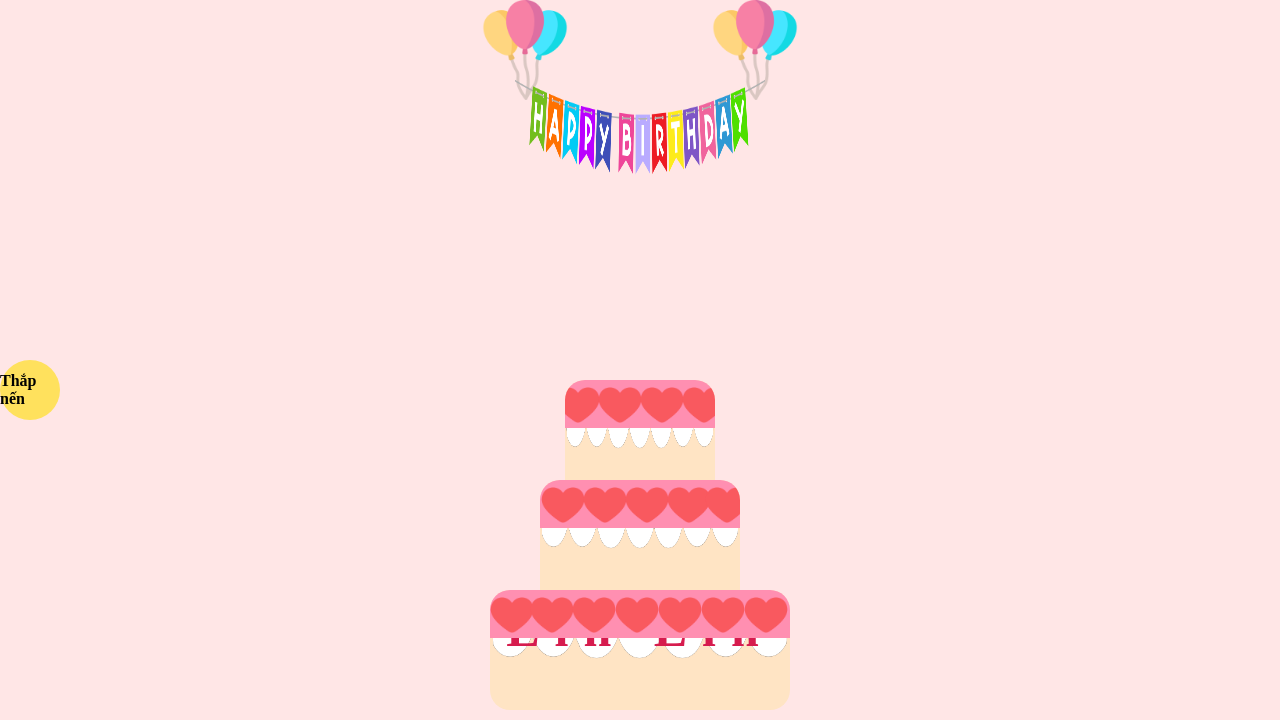
Repository: iphoneboy46/happybirthday
Page: index.html
These files come from the project's save history. The page is drawn as it stood at one moment and after the next save; the edit follows.
The browser window is 1280 px wide. The pictures show the whole page.
Some web fonts or font styles are not loaded; a fallback is used.

Above is the page before, as saved 2022-11-28 21:30:49.

### index.html
<!DOCTYPE html>
<html lang="en">
  <head>
    <meta charset="UTF-8" />
    <meta http-equiv="X-UA-Compatible" content="IE=edge" />
    <meta name="viewport" content="width=device-width, initial-scale=1.0" />
    <title>Happy Birthday</title>
    <link rel="stylesheet" href="style.css" />
  </head>
  <body>
    <div class="container">
      <div class="cake">
        <div class="top--cake">
          <div class="img-wavy">
            <img src="image/img1.png" alt="" />
          </div>

          <div class="img-heart-1--top">
            <img src="image/heart.png" alt="" />
          </div>
          <div class="img-heart-2--top">
            <img src="image/heart.png" alt="" />
          </div>
          <div class="img-heart-3--top">
            <img src="image/heart.png" alt="" />
          </div>
          <div class="img-heart-4--top">
            <img src="image/heart.png" alt="" />
          </div>

          <div class="border-cake"></div>
        </div>
        <div class="center--cake">
          <div class="img-wavy">
            <img src="image/img1.png" alt="" />
          </div>
          <div class="img-heart-1--center">
            <img src="image/heart.png" alt="" />
          </div>
          <div class="img-heart-2--center">
            <img src="image/heart.png" alt="" />
          </div>
          <div class="img-heart-3--center">
            <img src="image/heart.png" alt="" />
          </div>
          <div class="img-heart-4--center">
            <img src="image/heart.png" alt="" />
          </div>
          <div class="img-heart-5--center">
            <img src="image/heart.png" alt="" />
          </div>
          <div class="img-heart-6--center">
            <img src="image/heart.png" alt="" />
          </div>
          <div class="img-heart-7--center">
            <img src="image/heart.png" alt="" />
          </div>

          <div class="border-cake"></div>
        </div>
        <div class="bottom--cake">
          <div class="img-wavy">
            <img src="image/img1.png" alt="" />
          </div>

          <div class="img-heart-1">
            <img src="image/heart.png" alt="" />
          </div>
          <div class="img-heart-2">
            <img src="image/heart.png" alt="" />
          </div>
          <div class="img-heart-3">
            <img src="image/heart.png" alt="" />
          </div>
          <div class="img-heart-4">
            <img src="image/heart.png" alt="" />
          </div>
          <div class="img-heart-5">
            <img src="image/heart.png" alt="" />
          </div>
          <div class="img-heart-6">
            <img src="image/heart.png" alt="" />
          </div>
          <div class="img-heart-7">
            <img src="image/heart.png" alt="" />
          </div>
          <div class="img-heart-8">
            <img src="image/heart.png" alt="" />
          </div>

          <div class="border-cake"></div>
        </div>
        <div class="fire2">
          <img src="music/luanen.gif" alt="" />
        </div>
        <div class="fire4">
          <img src="music/luanen.gif" alt="" />
        </div>
        <div class="number2">
          <img src="image/number2png.png" alt="" />
        </div>
        <div class="number4">
          <img src="image/number4.png" alt="" />
        </div>
      </div>
      <h1 class="name">Lin Lin</h1>
      <h2 class="day">29-11</h2>
      <audio class="audioHpbd" controls autoplay>
        <source src="music/Happy Birthday -Piano Cover.mp3" type="audio/mpeg" />
      </audio>
      <div class="hpbd">
        <div class="text-hbbd">
          <img src="image/hbbdpng.png" alt="" />
        </div>
        <div class="bongbong1">
          <img src="image/balloon.png" alt="" />
        </div>
        <div class="bongbong2">
          <img src="image/balloon.png" alt="" />
        </div>
      </div>
      <div class="btnThapnen">Thắp nến</div>
      <div class="btnThoinen">Thổi nến</div>
    </div>
    <script src="index.js"></script>
  </body>
</html>

### style.css
@import url('https://fonts.googleapis.com/css2?family=Fleur+De+Leah&display=swap');

* {
    padding: 0;
    margin: 0;
    box-sizing: border-box;
    font-family: 'Fleur De Leah', cursive;

}

body {
    overflow: hidden;
}

.container {
    width: 100%;
    background-color: #FFE6E6;
    /* background-color: black; */
    height: 100vh;
    display: flex;
    justify-content: center;
    align-items: flex-end;

}

.cake {
    display: flex;
    flex-direction: column;
    justify-content: center;
    align-items: center;
    animation: cake-scale linear 5s;
}

@keyframes cake-scale {
    0% {
        transform: scale(0)
    }

    100% {
        transform: scale(1)
    }
}

.top--cake {
    position: relative;
    overflow: hidden;
    width: 150px;
    height: 100px;
    background-color: bisque;
    border-top-left-radius: 20px;
    border-top-right-radius: 20px;
}



.center--cake {
    position: relative;
    overflow: hidden;
    width: 200px;
    height: 110px;
    background-color: bisque;
    border-top-left-radius: 20px;
    border-top-right-radius: 20px;
}


.bottom--cake {
    position: relative;
    overflow: hidden;
    width: 300px;
    height: 120px;
    background-color: bisque;
    border-radius: 20px;
    margin-bottom: 10px;
}



.img-wavy {
    width: 100%;
    height: 70px;
}

.img-wavy img {
    width: 100%;
    height: 100%;
}

.img-heart-1 {
    z-index: 3;
    position: absolute;
    top: 0px;
    left: -3px;
    width: 50px;
    height: 50px;
}


.img-heart-1 img {
    width: 100%;
    height: 100%;
}

.img-heart-2 {
    z-index: 3;
    position: absolute;
    top: 0px;
    left: 37px;
    width: 50px;
    height: 50px;
}


.img-heart-2 img {
    width: 100%;
    height: 100%;
}


.img-heart-3 {
    z-index: 3;
    position: absolute;
    top: 0px;
    left: 79px;
    width: 50px;
    height: 50px;
}


.img-heart-3 img {
    width: 100%;
    height: 100%;
}

.img-heart-4 {
    z-index: 3;
    position: absolute;
    top: 0px;
    left: 122px;
    width: 50px;
    height: 50px;
}


.img-heart-4 img {
    width: 100%;
    height: 100%;
}

.img-heart-5 {
    z-index: 3;
    position: absolute;
    top: 0px;
    left: 165px;
    width: 50px;
    height: 50px;
}


.img-heart-5 img {
    width: 100%;
    height: 100%;
}

.img-heart-6 {
    z-index: 3;
    position: absolute;
    top: 0px;
    left: 208px;
    width: 50px;
    height: 50px;
}


.img-heart-6 img {
    width: 100%;
    height: 100%;
}

.img-heart-7 {
    z-index: 3;
    position: absolute;
    top: 0px;
    left: 251px;
    width: 50px;
    height: 50px;
}


.img-heart-7 img {
    width: 100%;
    height: 100%;
}



.border-cake {
    z-index: 2;
    position: absolute;
    top: 0;
    width: 100%;
    height: 48px;
    background-color: #FF8FB1;
}


.img-heart-1--center {
    z-index: 3;
    position: absolute;
    top: 0px;
    left: -2px;
    width: 50px;
    height: 50px;
}


.img-heart-1--center img {
    width: 100%;
    height: 100%;
}

.img-heart-2--center {
    z-index: 3;
    position: absolute;
    top: 0px;
    left: 40px;
    width: 50px;
    height: 50px;
}


.img-heart-2--center img {
    width: 100%;
    height: 100%;
}


.img-heart-3--center {
    z-index: 3;
    position: absolute;
    top: 0px;
    left: 82px;
    width: 50px;
    height: 50px;
}


.img-heart-3--center img {
    width: 100%;
    height: 100%;
}

.img-heart-4--center {
    z-index: 3;
    position: absolute;
    top: 0px;
    left: 124px;
    width: 50px;
    height: 50px;
}


.img-heart-4--center img {
    width: 100%;
    height: 100%;
}

.img-heart-5--center {
    z-index: 3;
    position: absolute;
    top: 0px;
    left: 260px;
    width: 50px;
    height: 50px;
}


.img-heart-5--center img {
    width: 100%;
    height: 100%;
}

.img-heart-6--center {
    z-index: 3;
    position: absolute;
    top: 0px;
    left: 330px;
    width: 50px;
    height: 50px;
}


.img-heart-6--center img {
    width: 100%;
    height: 100%;
}

.img-heart-7--center {
    z-index: 3;
    position: absolute;
    top: 0px;
    left: 162px;
    width: 50px;
    height: 50px;
}


.img-heart-7--center img {
    width: 100%;
    height: 100%;
}



.img-heart-1--top {
    z-index: 3;
    position: absolute;
    top: 0px;
    left: -12px;
    width: 50px;
    height: 50px;
}


.img-heart-1--top img {
    width: 100%;
    height: 100%;
}

.img-heart-2--top {
    z-index: 3;
    position: absolute;
    top: 0px;
    left: 30px;
    width: 50px;
    height: 50px;
}


.img-heart-2--top img {
    width: 100%;
    height: 100%;
}


.img-heart-3--top {
    z-index: 3;
    position: absolute;
    top: 0px;
    left: 72px;
    width: 50px;
    height: 50px;
}


.img-heart-3--top img {
    width: 100%;
    height: 100%;
}

.img-heart-4--top {
    z-index: 3;
    position: absolute;
    top: 0px;
    left: 114px;
    width: 50px;
    height: 50px;
}


.img-heart-4--top img {
    width: 100%;
    height: 100%;
}

.number2 {
    position: absolute;
    width: 60px;
    height: 92px;
    top: 242px;
    left: 40%;
    transform: translateX(-50%);
    animation: num linear 10s
}


.number2 img {
    width: 100%;
    height: 100%;
}

.number4 {
    position: absolute;
    width: 100px;
    height: 100px;
    top: 242px;
    left: 59%;
    transform: translateX(-50%);
    animation: num linear 10s
}

@keyframes num {
    0% {
        top: -2000px;
        opacity: 0;
    }

    100% {
        top: 242px;
        opacity: 1;
    }
}

.number4 img {
    width: 100%;
    height: 100%;
}


.hpbd {
    top: 0px;
    position: absolute;
    animation: topText linear 5s;
}

@keyframes topText {
    0% {
        top: 1000px;
    }

    100% {
        top: 0px;
    }
}


.text-hbbd {
    transform: translateX(-50%);
    position: absolute;
    top: 80px;
    left: 50%;
    width: 250px;
    height: 100px;
    z-index: 10;

}



.text-hbbd img {
    width: 100%;
    height: 100%;
}

.bongbong1 {
    position: absolute;
    width: 100px;
    height: 100px;
    left: 65px;
    top: 0px;

    animation: dungdua1 linear 5s infinite;
}

@keyframes dungdua1 {
    0% {
        transform: rotate(0deg)
    }


    50% {
        transform: rotate(10deg)
    }

    100% {
        transform: rotate(0deg)
    }
}



.bongbong1 img {
    width: 100%;
    height: 100%;
}


.bongbong2 {
    position: absolute;
    width: 100px;
    height: 100px;
    right: 65px;
    top: 0px;
    animation: dungdua2 linear 5s infinite;
    animation-delay: 15s;
}

@keyframes dungdua2 {
    0% {
        transform: rotate(0deg)
    }


    50% {
        transform: rotate(-10deg)
    }

    100% {
        transform: rotate(0deg)
    }
}

.bongbong2 img {
    width: 100%;
    height: 100%;
}

.audioHpbd {
    display: none;
}

.name {
    text-align: center;
    top: 600px;
    position: absolute;
    font-size: 50px;
    letter-spacing: 15px;
    color: #D61C4E;
    animation: cake-scale linear 5s;

}


.day {
    text-align: center;
    top: 490px;
    position: absolute;
    font-size: 40px;
    letter-spacing: 15px;
    color: #D61C4E;
    animation: cake-scale linear 5s;

}


.fire2 {
    display: none;
    position: absolute;
    top: 205px;
    left: 135px;
    width: 50px;
    height: 50px;
}

.fire2 img {
    width: 100%;
    height: 100%;
}


.fire4 {
    display: none;
    position: absolute;
    top: 205px;
    right: 128px;
    width: 50px;
    height: 50px;
}

.fire4 img {
    width: 100%;
    height: 100%;
}

.btnThapnen {
    display: flex;
    justify-content: center;
    align-items: center;
    flex-direction: column;
    border-radius: 50%;
    width: 60px;
    height: 60px;
    position: absolute;
    font-weight: bolder;
    top: 50%;
    left: 0;
    user-select: none;
    background-color: #FFE15D;
    animation: thapNen linear 20s;
}



.btnThoinen {
    display: flex;
    justify-content: center;
    align-items: center;
    flex-direction: column;
    border-radius: 50%;
    width: 60px;
    height: 60px;
    position: absolute;
    font-weight: bolder;
    top: 50%;
    right:0;
    user-select: none;
    background-color: #FFE15D;
    display: none;
}

### index.js
const btnThapnen = document.querySelector(".btnThapnen");
const btnThoinen = document.querySelector(".btnThoinen");

const con = document.querySelector(".container");
const fire2 = document.querySelector(".fire2");
const fire4 = document.querySelector(".fire4");


btnThapnen.onclick = () => {
    con.style.backgroundColor = "black";
    fire2.style.display = "block";
    fire4.style.display = "block";

};


btnThoinen.onclick = () => {
    con.style.backgroundColor = "#FFE6E6";
    fire2.style.display = "none";
    fire4.style.display = "none";
};

After the next save:
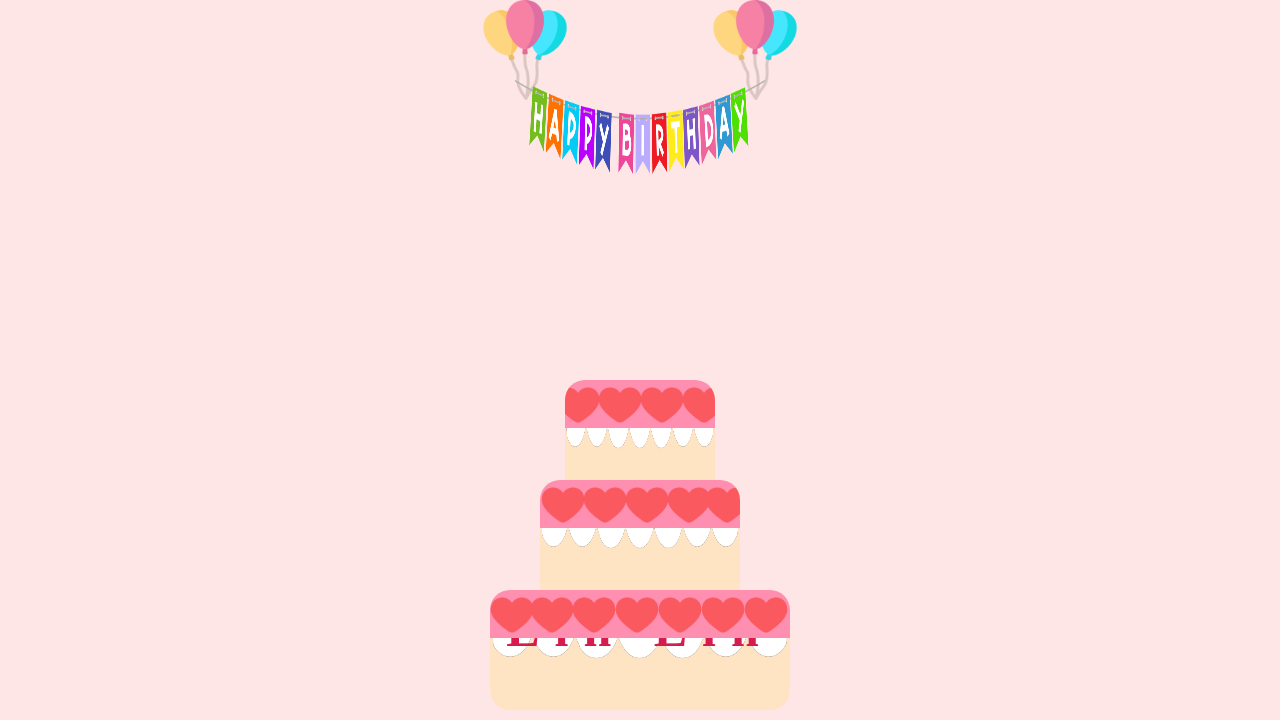
Saved 24 s later.
--- a/style.css
+++ b/style.css
@@ -587,8 +587,14 @@ body {
     user-select: none;
     background-color: #FFE15D;
     animation: thapNen linear 20s;
-}
-
+    opacity: 0
+}
+
+@keyframes thapNen {
+    0%{
+        opacity: 0;
+    }
+}
 
 
 .btnThoinen {
